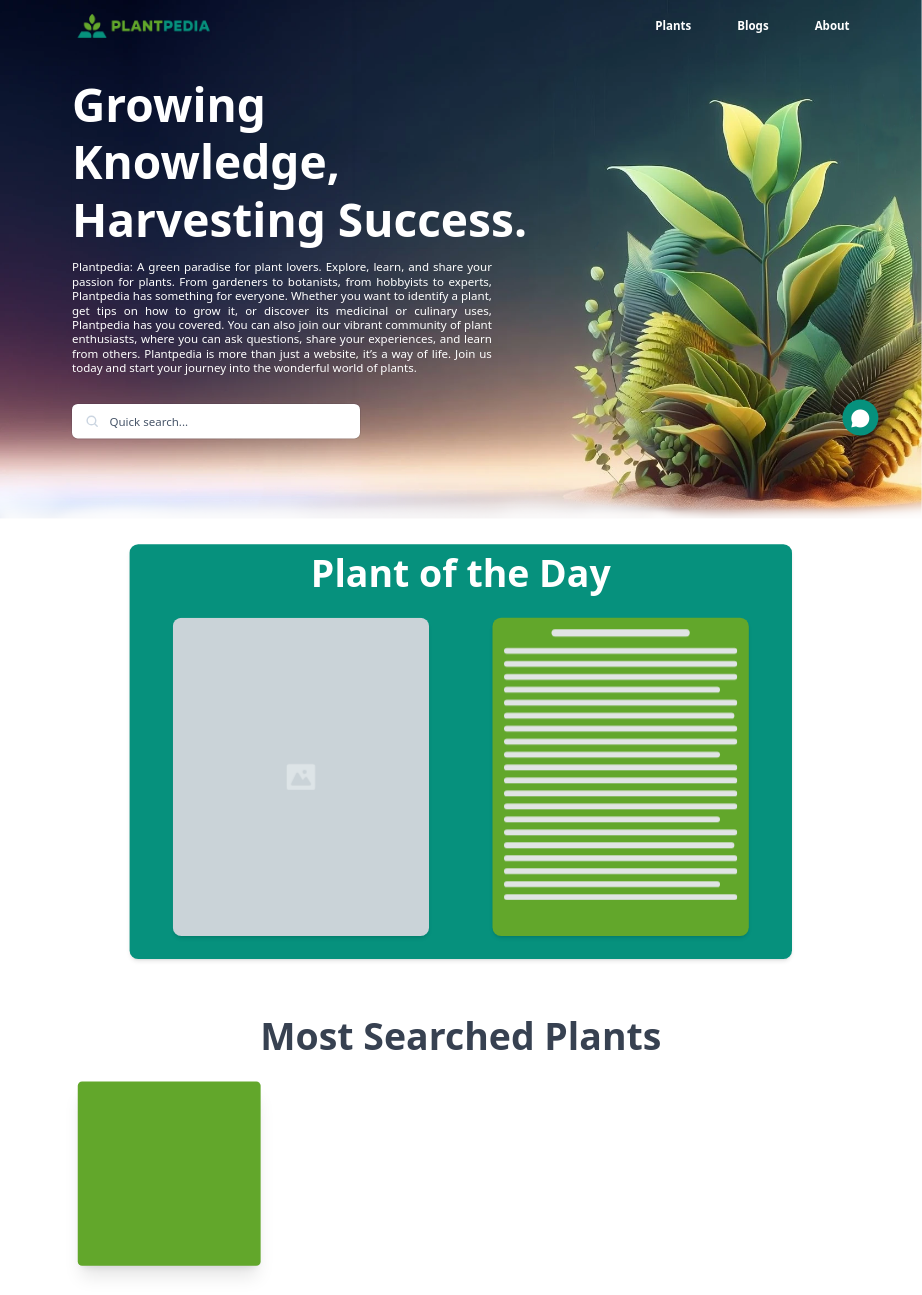
Repository: silham/PlantPedia
Page: /test/home
These files come from the project's save history. The page is drawn as it stood at one moment and after the next save; the edit follows.
The browser window is 1280 px wide. The pictures show the whole page, at 72% of full size.
The page's requests for data from a server got no answer. The project was rebuilt for these pictures with package versions that can differ from the ones it lists, and the page was loaded fresh each time. The framework's server and built-in components were replaced by stand-ins that run in the browser. No one was signed in, and anything a server would have sent is missing. Also part of the build but not shown: next.config.js, app/components/SearchBox.css, app/test/Chat/style.css, app/utils/Formatter.ts.

Above is the page before, as saved 2023-10-16 16:10:00.

### app/layout.tsx
import "./globals.css";
import "remixicon/fonts/remixicon.css";
import type { Metadata } from "next";

export const metadata: Metadata = {
  title: "Plantpedia",
  description: "Growing knowledge, harvesting success",
};

export default function RootLayout({
  children,
}: {
  children: React.ReactNode;
}) {
  return (
    <html lang="en">
      <head>
        <meta
          name="format-detection"
          content="telephone=no, date=no, email=no, address=no"
        />
      </head>
      <body>{children}</body>
    </html>
  );
}

### app/test/home/page.tsx
import Image from "next/image";
import Link from "next/link";
import "./styles.css";
import { MainSearchBtn, SideSearchBtn } from "./SearchBtns";
import PlantOfDay from "./PlantOfDay";
import Chat from "../Chat/Chat";
import TrendingTopics from "./TrendingTopics";

const Home = () => {
  return (
    <>
      <section className="h-[100vh] w-[100vw] px-[100px] hero bg-cover text-white">
        <header className="h-[10vh] w-full flex justify-between py-2 items-center">
          <div className="h-full flex items-center justify-center">
            <Image src="/plantpedia.png" width={200} height={90} alt="logo" />
          </div>
          <nav className="flex justify-between text-[16px] font-semibold text-white w-[25%]">
            <Link href="/plants">Plants</Link>
            <Link href="/blogs">Blogs</Link>
            <Link href="/about#">About</Link>
          </nav>
        </header>
        <div className="w-[60%] h-full">
          <div className="flex flex-col justify-center h-full">
            <h2 className="text-[64px] font-extrabold leading-tight shadow-sm mb-4 -mt-[150px]">
              Growing Knowledge,
              <br />
              Harvesting Success.
            </h2>
            <h4 className="text-[16px] text-justify leading-tight w-[90%] mb-10">
              Plantpedia: A green paradise for plant lovers. Explore, learn, and
              share your passion for plants. From gardeners to botanists, from
              hobbyists to experts, Plantpedia has something for everyone.
              Whether you want to identify a plant, get tips on how to grow it,
              or discover its medicinal or culinary uses, Plantpedia has you
              covered. You can also join our vibrant community of plant
              enthusiasts, where you can ask questions, share your experiences,
              and learn from others. Plantpedia is more than just a website,
              it’s a way of life. Join us today and start your journey into the
              wonderful world of plants.
            </h4>
            <MainSearchBtn />
          </div>
        </div>
      </section>

      <section className="w-[100vw] px-[180px]">
        <PlantOfDay />
      </section>

      <section className="w-[100vw] px-[100px]">
        <TrendingTopics />
      </section>
      <SideSearchBtn />
      <Chat />
    </>
  );
};

export default Home;

### app/globals.css
@import url("https://fonts.googleapis.com/css2?family=Inter:wght@400;500;600&family=Poppins:wght@400;500;600&display=swap");
@tailwind base;
@tailwind components;
@tailwind utilities;

body {
  padding: 0;
  margin: 0;
  max-width: 100vw;
  overflow-x: hidden;
}

@layer utilities {
  .animation-delay-200 {
    animation-delay: 0.2s;
  }
  .animation-delay-400 {
    animation-delay: 0.4s;
  }
}

.circle {
  @apply w-2 h-2 mx-1 mb-0.5 mt-1 bg-gray-500 rounded-full;
}

### app/test/home/styles.css
.hero {
  background-image: url("/hero-bg.png");
}

.animate-sideSearchBtn-in {
  animation: animation-search-in 500ms ease-in forwards;
}

@keyframes animation-search-in {
  0% {
    opacity: 0;
    right: 0;
  }
  100% {
    opacity: 1;
    right: 60px;
  }
}

.animate-sideSearchBtn-out {
  animation: animation-search-out 500ms ease-out forwards;
}

@keyframes animation-search-out {
  0% {
    opacity: 1;
    right: 60px;
  }
  100% {
    opacity: 0;
    right: 0;
  }
}

### app/test/home/SearchBtns.tsx
"use client";
import SearchBox from "@/app/components/SearchBox";
import { useEffect, useRef } from "react";
import "./styles.css";

export const MainSearchBtn: React.FC = () => {
  const overlayRef = useRef<HTMLDivElement>(null);

  // This function is called when the "Start Searching" button gets clicked
  const openSearch = () => {
    if (overlayRef.current) {
      overlayRef.current.style.width = "100%";
    }
  };

  // This function is called when the "Close" button is clicked
  const closeSearch = () => {
    if (overlayRef.current) {
      overlayRef.current.style.width = "0%";
    }
  };
  return (
    <>
      <div>
        <button
          onClick={openSearch}
          type="button"
          className="hidden sm:flex items-center w-[400px] text-left space-x-3 px-4 h-12 bg-white ring-1 ring-slate-900/10 hover:ring-slate-300 focus:outline-none focus:ring-2 focus:ring-sky-500 shadow-sm rounded-lg text-slate-600"
        >
          <svg
            width="24"
            height="24"
            fill="none"
            stroke="currentColor"
            strokeWidth="2"
            strokeLinecap="round"
            strokeLinejoin="round"
            className="flex-none text-slate-300 dark:text-slate-400"
            aria-hidden="true"
          >
            <path d="m19 19-3.5-3.5"></path>
            <circle cx="11" cy="11" r="6"></circle>
          </svg>
          <span className="flex-auto">Quick search...</span>
        </button>
      </div>
      {/* The search overlay */}
      <div
        ref={overlayRef}
        className="flex h-[100vh] max-h-[100vh] w-0 fixed top-0 left-0 bg-black bg-opacity-90 duration-500 overflow-hidden z-10 "
      >
        <button
          className="absolute top-[20px] right-10 text-[60px] border-none bg-transparent cursor-pointer text-white"
          onClick={closeSearch}
        >
          &times;
        </button>
        <div className="relative top-[15%] w-full text-center mt-[30px] ">
          <SearchBox
            props={{
              n: 8,
              content: "",
              className:
                "relative w-[88%] flex justify-between items-center mx-[80px] rounded-full bg-[#EEF5B1] text-black",
              classNameUl:
                "absolute top-full left-0 right-0 z-10 bg-[#EEF5B1] rounded-lg shadow-lg overflow-hidden mt-[3px]",
              classNameLi: "border-b-[1px] border-gray-400",
              classNameLink:
                "px-4 py-2 hover:bg-gray-400 transition-colors flex flex-row justify-between items-center",
            }}
          />
        </div>
      </div>
    </>
  );
};

export const SideSearchBtn: React.FC = () => {
  const overlayRef = useRef<HTMLDivElement>(null);

  // This function is called when the "Start Searching" button gets clicked
  const openSearch = () => {
    if (overlayRef.current) {
      overlayRef.current.style.width = "100%";
    }
  };

  // This function is called when the "Close" button is clicked
  const closeSearch = () => {
    if (overlayRef.current) {
      overlayRef.current.style.width = "0%";
    }
  };
  useEffect(() => {
    const handleScroll = () => {
      const sideSearchBtn = document.getElementById("sideSearchBtn");
      var vh = window.innerHeight;
      var scrollHeight = window.scrollY;
      if (
        scrollHeight < vh * 0.2 &&
        sideSearchBtn?.classList.contains("animate-sideSearchBtn-in")
      ) {
        sideSearchBtn.classList.remove("animate-sideSearchBtn-in");
        sideSearchBtn.classList.add("animate-sideSearchBtn-out");
      }
      if (scrollHeight >= vh * 0.2) {
        sideSearchBtn?.classList.remove("animate-sideSearchBtn-out");
        sideSearchBtn?.classList.add("animate-sideSearchBtn-in");
      }
    };

    window.addEventListener("scroll", handleScroll);

    // Cleanup function to remove the event listener
    return () => {
      window.removeEventListener("scroll", handleScroll);
    };
  }, []); // Empty dependency array means this effect runs once on mount and cleanup on unmount

  return (
    <>
      <div
        id="sideSearchBtn"
        className="fixed bottom-[50px] right-0 opacity-0 rounded-full bg-custom-blue-green shadow-xl w-[50px] h-[50px] flex items-center justify-center cursor-pointer"
        onClick={openSearch}
      >
        <i className="text-[24px] text-white ri-search-2-line"></i>
      </div>
      {/* The search overlay */}
      <div
        ref={overlayRef}
        className="flex h-[100vh] max-h-[100vh] w-0 fixed top-0 left-0 bg-black bg-opacity-90 duration-500 overflow-hidden z-10 "
      >
        <button
          className="absolute top-[20px] right-10 text-[60px] border-none bg-transparent cursor-pointer text-white"
          onClick={closeSearch}
        >
          &times;
        </button>
        <div className="relative top-[15%] w-full text-center mt-[30px] ">
          <SearchBox
            props={{
              n: 8,
              content: "",
              className:
                "relative w-[88%] flex justify-between items-center mx-[80px] rounded-full bg-[#EEF5B1] text-black",
              classNameUl:
                "absolute top-full left-0 right-0 z-10 bg-[#EEF5B1] rounded-lg shadow-lg overflow-hidden mt-[3px]",
              classNameLi: "border-b-[1px] border-gray-400",
              classNameLink:
                "px-4 py-2 hover:bg-gray-400 transition-colors flex flex-row justify-between items-center",
            }}
          />
        </div>
      </div>
    </>
  );
};

### app/test/home/TrendingTopics.tsx
import React from "react";
import PlantCard from "./PlantCard";

const TrendingTopics = () => {
  return (
    <div className="flex w-full py-8 flex-col">
      <div className="w-full flex justify-center">
        <h3 className="text-[52px] text-gray-700 font-black">
          Most Searched Plants
        </h3>
      </div>
      <div className="w-full flex flex-wrap mt-4">
        <PlantCard />
      </div>
    </div>
  );
};

export default TrendingTopics;

### app/components/SearchBox.tsx
"use client";
import Link from "next/link";
import { useEffect, useRef, useState } from "react";
import "./SearchBox.css";
import UrlGen from "../utils/SlugGen";

interface Props {
  props: {
    content: string;
    className: string;
    classNameUl: string;
    classNameLi: string;
    classNameLink: string;
    n: number;
  };
}

function SearchBox({ props }: Props) {
  const [searchTerm, setSearchTerm] = useState("");
  const [results, setResults] = useState([
    {
      id: "",
      common_name: "",
      scientific_name: "",
      type: "",
    },
  ]);
  const [isFocused, setIsFocused] = useState(false);
  const containerRef = useRef<HTMLDivElement>(null);
  const searchRef = useRef<HTMLInputElement>(null);

  let type = "";
  let term = "";
  const handleChange = async () => {
    if (searchRef.current !== null) {
      term = searchRef.current.value;
    }
    setSearchTerm(term);
    if (term.length > 0) {
      try {
        const res = await fetch(
          `http://localhost:3000/api/searchbar?q=${term}&type=${type}`
        );
        const data = await res.json();
        console.log(data);
        setResults(data);
        console.log(results);
      } catch (error) {
        console.log(error);
      }
    }
  };

  const clearSearch = () => {
    if (searchRef.current !== null) {
      searchRef.current.value = "";
    }

    setSearchTerm("");
    handleChange();
  };

  const handleFocus = () => {
    setIsFocused(true);
  };

  const handleBlur = () => {
    setTimeout(() => {
      setIsFocused(false);
    }, 500);
  };

  const handleClickOutside = (event: MouseEvent) => {
    if (
      containerRef.current &&
      !containerRef.current.contains(event.target as Node)
    ) {
      setIsFocused(false);
    }
  };

  useEffect(() => {
    document.addEventListener("mousedown", handleClickOutside);
    return () => {
      document.removeEventListener("mousedown", handleClickOutside);
    };
  }, []);

  useEffect(() => {
    if (searchRef.current) {
      searchRef.current.value = props.content;
      setSearchTerm(props.content);
    }
  }, []);

  return (
    <div className={props.className} ref={containerRef}>
      <input
        type="text"
        spellCheck="false"
        placeholder="Search for plants, plant disease & solutions and blogs..."
        className="w-[95%] h-[40px] focus:outline-none px-[15px] bg-transparent"
        maxLength={200}
        value={searchTerm}
        onChange={handleChange}
        id="searchBar"
        onFocus={handleFocus}
        onBlur={handleBlur}
        ref={searchRef}
        autoComplete="off"
        autoFocus
      />
      <div
        className="bg-black w-[32px] h-[32px] rounded-full mr-[4px] flex justify-center items-center cursor-pointer"
        onClick={clearSearch}
      >
        <i
          className={`text-[22px] text-white ${
            searchTerm ? "ri-close-line" : "ri-search-2-line"
          }`}
        ></i>
      </div>
      {searchTerm && isFocused && (
        <ul className={props.classNameUl}>
          <li className={props.classNameLi}>
            <Link
              href={`/api/search?q=${searchTerm}`}
              className={props.classNameLink}
            >
              {searchTerm}
            </Link>
          </li>
          {results[0].id != "" &&
            results.slice(0, props.n).map(
              (
                result: {
                  id: string;
                  type: string;
                  common_name: string;
                  scientific_name: string;
                },
                index
              ) => (
                <li key={index} className={props.classNameLi}>
                  <Link
                    href={UrlGen(
                      result.type.toLowerCase(),
                      result.scientific_name
                    )}
                    className={props.classNameLink}
                  >
                    <div className="flex">
                      <h4 className="font-semibold">{result.common_name}</h4>
                      <h5 className="text-gray-700 italic">
                        &nbsp;&#40;{result.scientific_name}&#41;
                      </h5>
                    </div>
                    <div
                      className={`rounded-full px-[7px] text-[12px] capitalize ${
                        result.type == "PLANTS"
                          ? "bg-green-400"
                          : result.type == "PESTS"
                          ? "bg-red-400"
                          : result.type == "BLIGHTS"
                          ? "bg-red-400"
                          : result.type == "PESTICIDES"
                          ? "bg-yellow-400"
                          : "bg-blue-400"
                      }`}
                    >
                      {result.type.toLowerCase()}
                    </div>
                  </Link>
                </li>
              )
            )}
        </ul>
      )}
    </div>
  );
}

export default SearchBox;

### app/utils/TextShorter.tsx
const TextShorter = (text: string, letters: number) => {
  if (text.length > letters) {
    return text.slice(0, letters - 2) + "...";
  } else {
    return text;
  }
};

export default TextShorter;

### app/utils/SlugGen.ts
const UrlGen = (type: string,scientific_name: string) => {
    let slug = scientific_name.replace(/ /g, "-").toLowerCase();
    let url = "/" + type.toLowerCase() + "/" + slug
    return url
}

export default UrlGen

### app/test/home/PlantCard.tsx
import React from "react";

const PlantCard = () => {
  return (
    <div className="w-[25%] p-2">
      <div className="w-full h-64 bg-custom-green rounded-md shadow-xl"></div>
    </div>
  );
};

export default PlantCard;

### tailwind.config.ts
import type { Config } from 'tailwindcss'

const config: Config = {
  content: [
    './pages/**/*.{js,ts,jsx,tsx,mdx}',
    './components/**/*.{js,ts,jsx,tsx,mdx}',
    './app/**/*.{js,ts,jsx,tsx,mdx}',
  ],
  theme: {
    extend: {
      backgroundImage: {
        'gradient-radial': 'radial-gradient(var(--tw-gradient-stops))',
        'gradient-conic':
          'conic-gradient(from 180deg at 50% 50%, var(--tw-gradient-stops))',
      },
      colors:{
        'custom-green': '#62A72B',
        'custom-blue-green': '#06917D',
      },
      animation: {
        loader: 'loader 0.6s infinite alternate'
      },
      keyframes: {
        loader: {
          to: {
            opacity: "0.1",
            transform: 'translate3d(0, -0.3rem, 0)'
          }
        }
      }
    },
  },
  plugins: [],
}
export default config

Loaded but not shown: app/test/Chat/Chat.tsx (199 lines, source omitted); app/test/home/PlantOfDay.tsx (139 lines, source omitted)

After the next save:
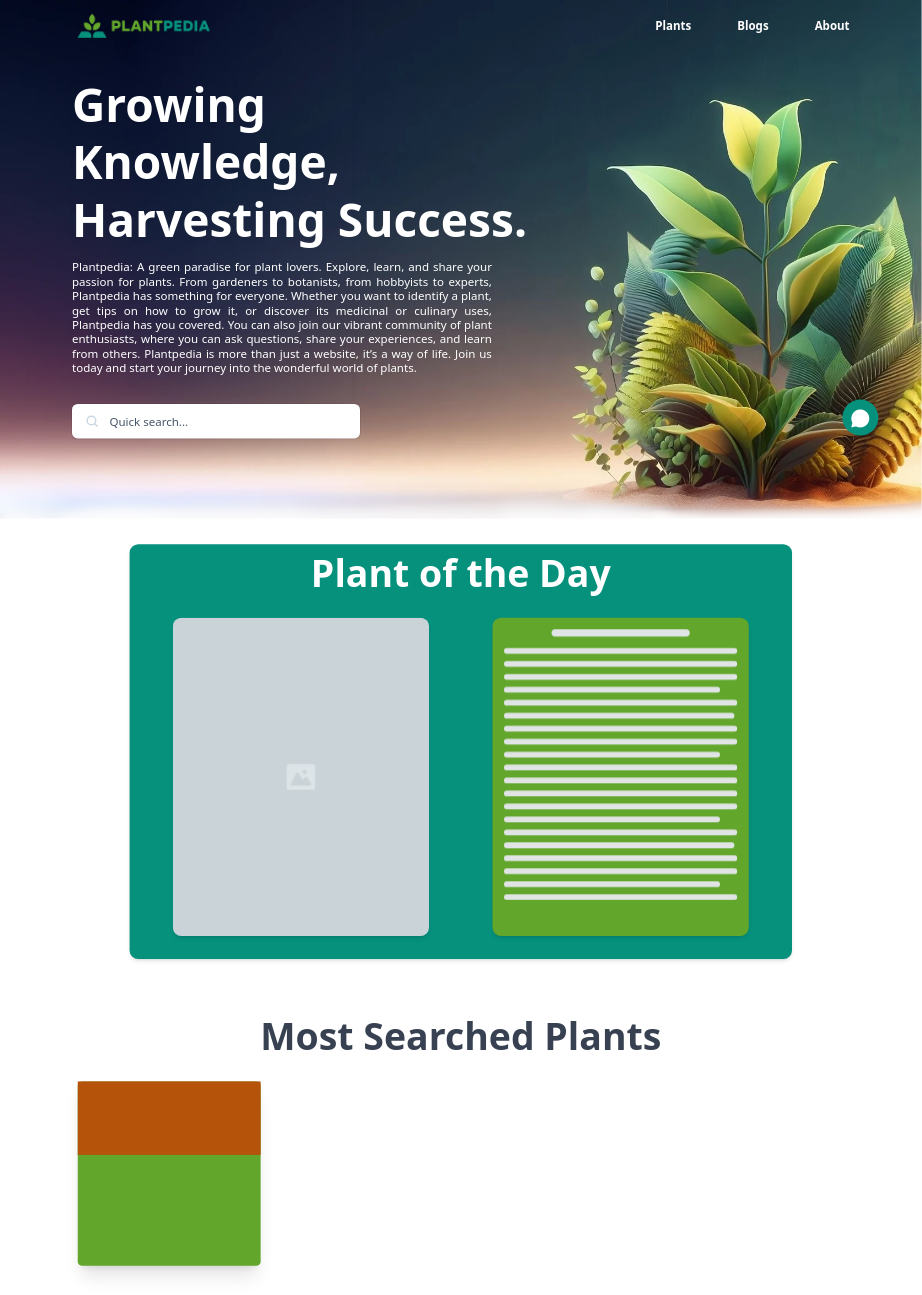
Saved 68 s later.
--- a/app/test/home/PlantCard.tsx
+++ b/app/test/home/PlantCard.tsx
@@ -3,7 +3,9 @@ import React from "react";
 const PlantCard = () => {
   return (
     <div className="w-[25%] p-2">
-      <div className="w-full h-64 bg-custom-green rounded-md shadow-xl"></div>
+      <div className="w-full h-64 bg-custom-green rounded-md shadow-xl">
+        <div className="w-full h-[40%] bg-amber-700"></div>
+      </div>
     </div>
   );
 };
